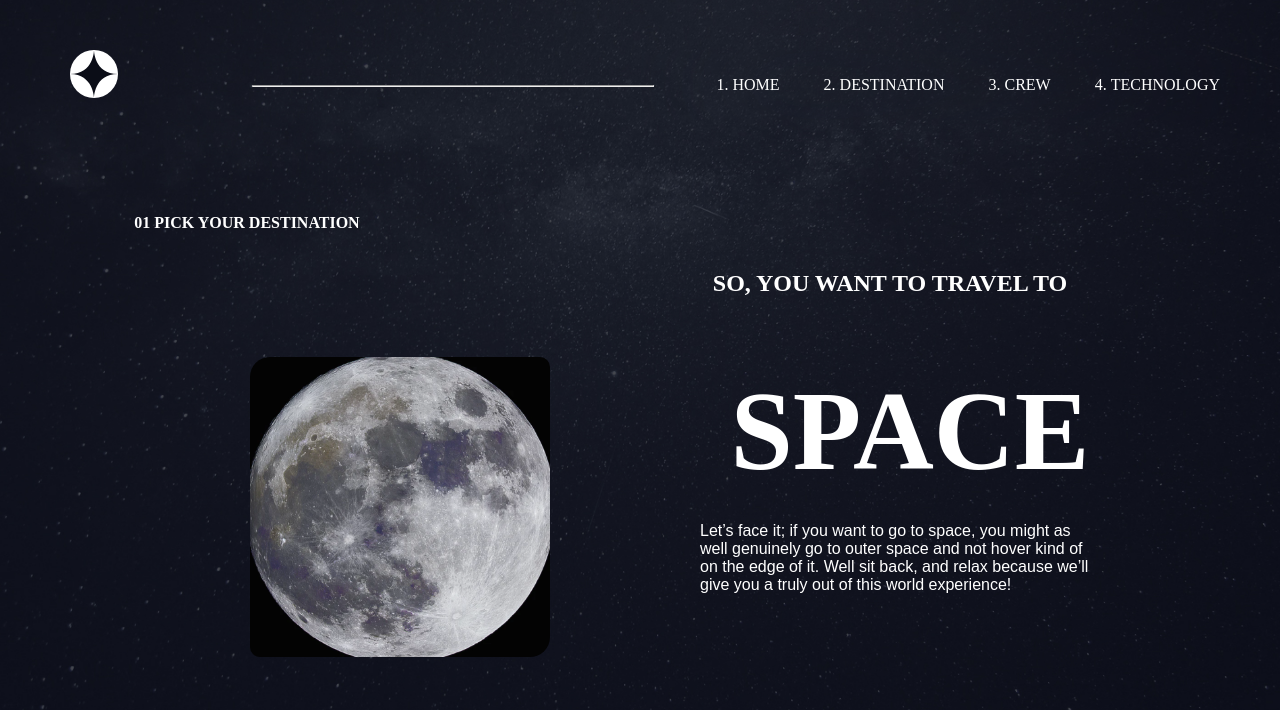
Repository: batonAnton/space_tourism
Page: destination.html
An editor plug-in stored every save of this project. The page is shown before and after the next save, followed by the edit.
The browser window is 1280 px wide. The pictures show the whole page.
Some web fonts or font styles are not loaded; a fallback is used.

Above is the page before, as saved 2022-05-19 17:49:00.

### destination.html
<!DOCTYPE html>
<html lang="en">
<head>
    <meta charset="UTF-8">
    <meta http-equiv="X-UA-Compatible" content="IE=edge">
    <meta name="viewport" content="width=device-width, initial-scale=1.0">
    <title>Space Tourism</title>
    <link rel="stylesheet" href="css/style2 .css">
    <link rel="preconnect" href="https://fonts.googleapis.com">
    <link rel="preconnect" href="https://fonts.gstatic.com" crossorigin>
    <link href="https://fonts.googleapis.com/css2?family=Bellefair&family=Merriweather&display=swap" rel="stylesheet">

    <link rel="preconnect" href="https://fonts.gstatic.com" crossorigin>
    <link href="https://fonts.googleapis.com/css2?family=Bellefair&family=Merriweather&display=swap" rel="stylesheet">
    <link rel="preconnect" href="https://fonts.googleapis.com">
    <link rel="preconnect" href="https://fonts.gstatic.com" crossorigin>
    <link href="https://fonts.googleapis.com/css2?family=Barlow+Condensed:wght@300&family=Bellefair&family=Merriweather&display=swap" rel="stylesheet">
</head>
<body>

    <div id="destination" class="bg">
        <div class="top-container">
            <div class="logo_img">
                <img src="/images/Icon.svg" alt="logo">

            </div>

                                             <!--navbar code -->
            <div class="nav">

                <hr>
                    <ol>

                        <li><a href="#home">home</a></li>
                        <li><a href="">destination</a></li>
                        <li><a href="">crew</a></li>
                        <li><a href="">technology</a></li>

                    </ol>

            </div>
        </div>

        <div class="middle_container">


            <div class="planet_img">
                <h2 class="h2_planet"> <span>01</span> pick your destination</h2>

                <div class="planet_bg">
                    <img src="/images/destination_img/moon.png"  alt="">
                </div>
            </div>



                <div class="get-info">
                    <h2>so, you want to travel to</h2>
                    <h1>space</h1>
                    <p>Let’s face it; if you want to go to space, you might as well genuinely go to outer space and not hover kind of on the edge of it. Well sit back, and relax because we’ll give you a truly out of this world experience!</p>
                </div>


        </div>

    </div>
</body>
</html>

### css/style2 .css
body {
  /* height: 900px; */
  margin: 0;
}

.bg {
  background-image: url(/images/destination_img/bg.jpg);
  height: 100%;
  background-position: center;
  background-repeat: no-repeat;
  background-size: cover;
}

.top-container {
  /* display: inline-block; */
  padding: 50px 0px 50px 70px;
  /* width: 100%; */
}

.logo_img {
  /* width: 555px; */
  float: left;
}

hr {
  width: 400px;
  position: absolute;
  margin: 25px 0px 100px -390px;
}

.nav {
  /* width: 60%; */
  /* margin-left: 408px; */
  position: relative;
  float: right;
  clear: none;
  /* border: 1px solid #979797; */
  padding: 10px 0px 10px 0px;
  backdrop-filter: blur(85px);
  text-transform: uppercase;
}
.nav a {
  text-decoration: none;
}

.nav a:after {
  background: none repeat scroll 0 0 transparent;
  bottom: 0;
  content: "";
  display: block;
  height: 2px;
  left: 50%;
  position: absolute;
  background: #fff;
  transition: width 0.3s ease 0s, left 0.3s ease 0s;
  width: 0;
}
a:hover:after {
  width: 10%;
  left: 0;
}

ol {
  display: inline-flex;
  /* width: 200px; */
  margin-left: 50px;
}

li {
  padding: 0px 60px 0px 0px;
  color: #ffffff;
}

.nav a {
  color: #ffffff;
  font-family: "Bellefair", serif;
  /* font-family: "Merriweather", serif; */
}

/* middle-container property */
.middle_container {
  display: inline-flex;
}

.get-info {
  margin: 130px 100px 100px 150px;
}

.h2_planet {
  height: 1px;
  display: block;
  margin: -176px 0px 142px -193px;
  font-size: 16px;
}

.planet_bg img {
  height: 300px;
  border-radius: 20px 10px 20px 10px;
}
h1,
h2,
p {
  color: #ffffff;
}

h1,
h2 {
  text-align: center;
  width: 380px;
  text-transform: uppercase;
  font-family: "Bellefair", serif;
}

h1 {
  font-size: 7rem;
  height: 80px;
  padding-left: 20px;
  margin-top: 70px;
}

p {
  width: 400px;
  text-align: left;
  font-family: "Barlow Condensed", sans-serif;
}

.planet_img {
  margin: 270px 0px 0px 250px;
}

After the next save:
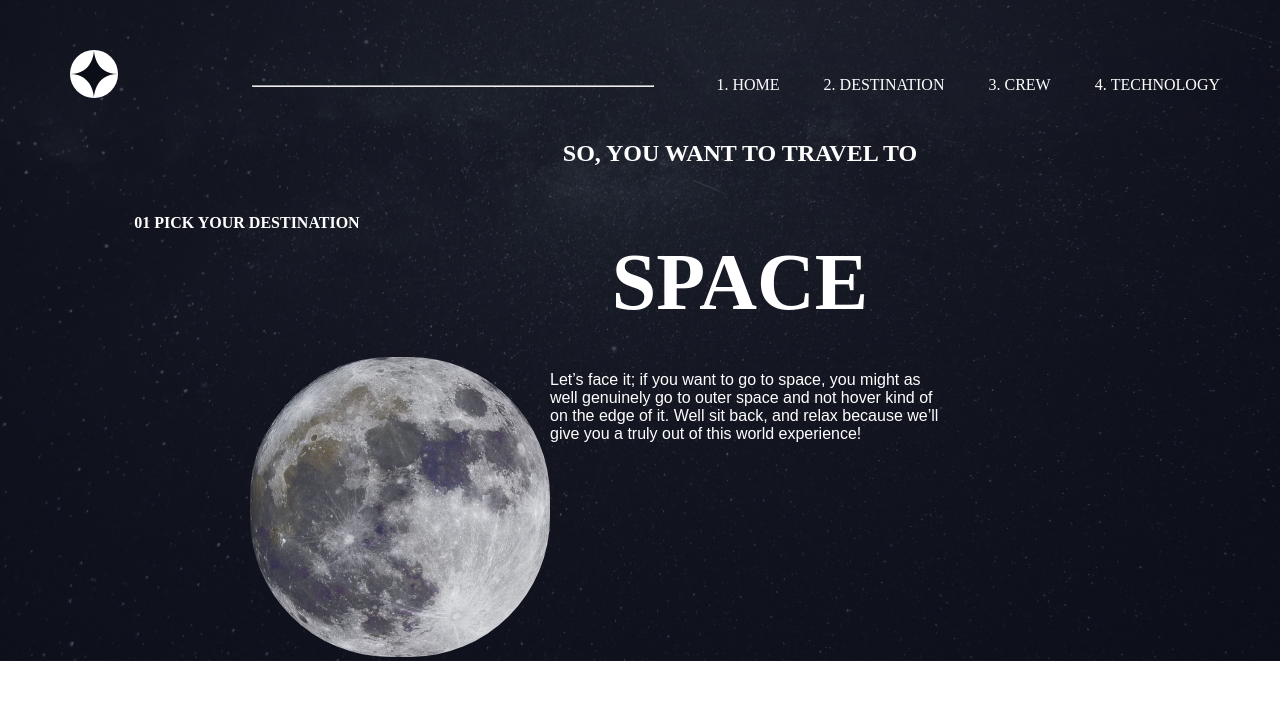
Saved 16 h 51 min later.
--- a/css/style2 .css
+++ b/css/style2 .css
@@ -82,7 +82,7 @@ li {
   display: inline-flex;
 }
 
-.get-info {
+.get-info_planet {
   margin: 130px 100px 100px 150px;
 }
 
@@ -95,8 +95,9 @@ li {
 
 .planet_bg img {
   height: 300px;
-  border-radius: 20px 10px 20px 10px;
+  border-radius: 140px 140px 140px 140px;
 }
+
 h1,
 h2,
 p {
@@ -112,9 +113,9 @@ h2 {
 }
 
 h1 {
-  font-size: 7rem;
+  font-size: 5rem;
   height: 80px;
-  padding-left: 20px;
+  /* padding-left: 20px; */
   margin-top: 70px;
 }
 
